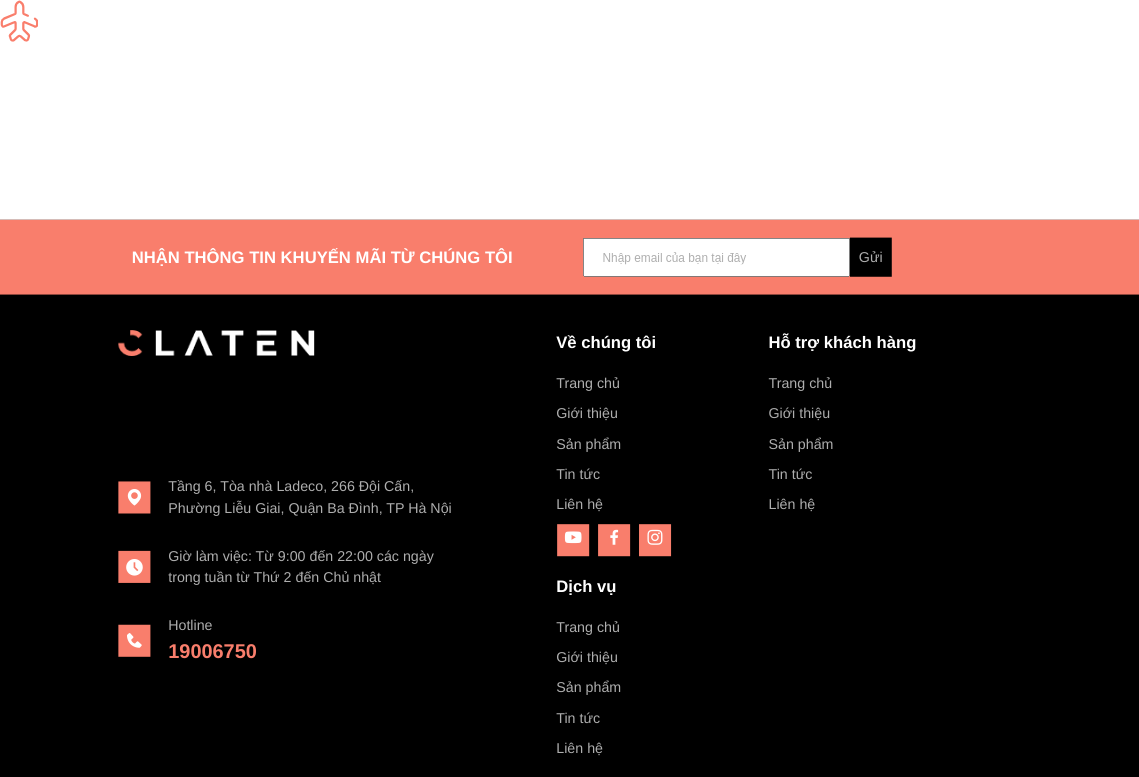
Repository: RennoPMXK/doan
Page: index.html
These files come from the project's save history. The page is drawn as it stood at one moment and after the next save; the edit follows.
The browser window is 1280 px wide. The pictures show the part of the page from y = 573 to 1747 px (the page is 1446 px tall before and 1747 px after), at 89% of full size.

Above is the page before, as saved 2021-11-16 19:46:49.

### index.html
<!DOCTYPE html>
<html lang="en">
<head>
    <meta charset="UTF-8">
    <meta http-equiv="X-UA-Compatible" content="IE=edge">
    <meta name="viewport" content="width=device-width, initial-scale=1.0">
    <title>Document</title>
    <link rel="stylesheet" href="./grid.css">
    <link rel="stylesheet" href="./style.css">
    <link rel="stylesheet" href="./responsible.css">
    <link href='https://unpkg.com/boxicons@2.0.9/css/boxicons.min.css' rel='stylesheet'>
</head>
<body>
    <div class="navbar">
        <div class="navbar-wrapper">
            <a class="logo">
                <img src="./img/logo.png" alt="">
            </a>

            <div class="navbar-menu mobile-menu">
                <i class='bx bx-x mobile-close-icon'></i>
                <li class="navbar-menu-item"><a class = 'active' href="#">Trang chủ</a></li>
                <li class="navbar-menu-item"><a href="#">Giới thiệu</a></li>
                <li class="navbar-menu-item"><a href="#">Sản phẩm <i class='bx bxs-down-arrow navbar-menu-icon'></i></a>
                    <ul class="navbar-sub-menu">
                        <li class="navbar-sub-menu-item"><a href="">Đồng hồ nam</a></li>
                        <li class="navbar-sub-menu-item"><a href="">Đồng hồ nữ</a></li>
                        <li class="navbar-sub-menu-item"><a href="">Đồng hồ mới về</a></li>
                        <li class="navbar-sub-menu-item"><a href="">Phụ kiện nam</a></li>
                        <li class="navbar-sub-menu-item"><a href="">Phụ kiện nữ</a></li>
                    </ul>
                </li>
                <li class="navbar-menu-item"><a href="#">Tin tức</a></li>
                <li class="navbar-menu-item"><a href="#">Liên hệ</a></li>
            </div>

            <div class="navbar-icon">
                 <li class="navbar-icon-item"><a href=""><i class='bx bx-search-alt'></i></a></li>
                 <li class="navbar-icon-item"><a href=""><i class='bx bx-user'></i></a></li>
                 <li class="navbar-icon-item"><a href="#"><i class='bx bx-shopping-bag bx-tada ' ></i></a></li>
                 <li class="navbar-icon-item"><a href="#"><i class='bx bx-menu-alt-right menu-icon'></i></a></li>

            </div>
        </div>
        <div class="modal"></div>
    </div>

    <section class="hero-section">

             <div class="bgimg slide-item fade" style="background-image: url(./img/1a\(32\).jpg)">
                 <div class="caption">
                     <h2 class="top-down delay-2">
                        ĐỒNG HỒ ROLEX

                     </h2>

                     <p class="top-down delay-4">
                       Lorem ipsum dolor sit amet consectetur adipisicing elit. Aut eligendi voluptates enim tempora cupiditate ex minus aperiam impedit maxime nam. Sunt neque amet veniam vitae adipisci impedit aliquam officia hic.
                     </p>

                     <button class="top-down delay-6">
                         MUA NGAY
                     </button>
                 </div>

             </div>


             <div class="bgimg slide-item fade" style="background-image: url(./img/dong-ho-thoi-trang-rolex-banner.jpg)">
                <div class="caption">
                    <h2>
                        ĐỒNG HỒ ROLEX
                    </h2>

                    <p>
                        Lorem ipsum dolor sit amet consectetur adipisicing elit. Aut eligendi voluptates enim tempora cupiditate ex minus aperiam impedit maxime nam. Sunt neque amet veniam vitae adipisci impedit aliquam officia hic.
                    </p>

                    <button>
                        MUA NGAY
                    </button>
                </div>

             </div>


             <div class="bgimg slide-item fade" style="background-image: url(./img/Banchay_Longines_banner-1024x427.jpg)">
                <div class="caption">
                    <h2>
                        ĐỒNG HỒ ROLEX
                    </h2>

                    <p>
                        Lorem ipsum dolor sit amet consectetur adipisicing elit. Aut eligendi voluptates enim tempora cupiditate ex minus aperiam impedit maxime nam. Sunt neque amet veniam vitae adipisci impedit aliquam officia hic.
                    </p>

                    <button>
                        MUA NGAY
                    </button>
                </div>

             </div>


             <div class="slide-control">
                <div class="slide-control-wrapper">
                    <span class="dot" onclick="chooseSlide(0)"></span>
                    <span class="dot"  onclick="chooseSlide(1)"></span>
                    <span class="dot" onclick="chooseSlide(2)" ></span>

                </div>
             </div>

    </section>

    <section class="hero-section-mini">
         <div class="hero-section-mini-item">
             <img src="./img/icon_service_1.svg" alt="">
         </div>
    </section>

    <div class="footer">
        <div class="footer-contact">
            <div class="container">
                <div class= "footer-contact-content row">
                    <h3 class="col-6 col-md-6 col-sm-12">NHẬN THÔNG TIN KHUYẾN MÃI TỪ CHÚNG TÔI</h3>
                    <div class="form col-6 col-md-6 col-sm-12">
                        <input type="text" placeholder="Nhập email của bạn tại đây"><a href="">Gửi</a></input>

                    </div>

                </div>

            </div>

         </div>
        <div class="container">

            <div class="wrapper row ">
                <div class="footer-logo row col-5 col-md-6 col-sm-12">
                    <a class="footer-img">
                        <img src="./img/logo.png" alt="">
                    </a>

                    <ul class="footer-des">
                           <li class="footes-des-item">
                               <div class="footer-des-icon">
                                    <i class='bx bxs-map'></i>
                               </div>
                               <p>Tầng 6, Tòa nhà Ladeco, 266 Đội Cấn,<br> Phường Liễu Giai, Quận Ba Đình, TP Hà Nội</p>
                           </li>
                           <li class="footes-des-item">
                                <div class="footer-des-icon">
                                    <i class='bx bxs-time-five' ></i>
                                </div>
                               <p>Giờ làm việc: Từ 9:00 đến 22:00 các ngày <br>trong tuần từ Thứ 2 đến Chủ nhật</p>
                           </li>
                           <li class="footes-des-item">
                            <div class="footer-des-icon">
                                <i class='bx bxs-phone' ></i>
                             </div>
                               <p>Hotline<br>
                                   <span>19006750</span>
                               </p>
                           </li>
                    </ul>
                </div>

                <div class="footer-menu row col-7 col-md-6 col-sm-12">
                     <div class="footer-menu-item col-4 col-md-6 col-sm-12">
                         <h3>Về chúng tôi</h3>
                         <ul>
                            <li><a href="">Trang chủ</a></li>
                            <li><a href="">Giới thiệu</a></li>
                            <li><a href="">Sản phẩm</a></li>
                            <li><a href="">Tin tức</a></li>
                            <li><a href="">Liên hệ</a></li>
                         </ul>

                         <div class="footer-social">
                            <li><a href=""><i class='bx bxl-youtube' ></i></a></li>
                            <li><a href=""><i class='bx bxl-facebook' ></i></a></li>
                            <li><a href=""><i class='bx bxl-instagram' ></i></a></li>
                       </div>
                     </div>

                     <div class="footer-menu-item col-4 col-md-6 col-sm-12">
                        <h3>Hỗ trợ khách hàng</h3>
                        <ul>
                           <li><a href="">Trang chủ</a></li>
                           <li><a href="">Giới thiệu</a></li>
                           <li><a href="">Sản phẩm</a></li>
                           <li><a href="">Tin tức</a></li>
                           <li><a href="">Liên hệ</a></li>
                        </ul>
                    </div>

                    <div class="footer-menu-item col-4 col-md-6 col-sm-12">
                        <h3>Dịch vụ</h3>
                        <ul>
                           <li><a href="">Trang chủ</a></li>
                           <li><a href="">Giới thiệu</a></li>
                           <li><a href="">Sản phẩm</a></li>
                           <li><a href="">Tin tức</a></li>
                           <li><a href="">Liên hệ</a></li>
                        </ul>
                    </div>



                </div>


            </div>
        </div>
    </div>


    <script src="./app.js"></script>
</body>
</html>

### grid.css
.row {
    display: flex;
    flex-wrap: wrap;
    margin: 0 -15px;
}

[class*="col-"] {
    padding: 0 15px;
}

.col-1 {
    width: 8.33%;
}

.col-2 {
    width: 16.66%;
}

.col-3 {
    width: 25%;
}

.col-4 {
    width: 33.33%;
}

.col-5 {
    width: 41.66%;
}

.col-6 {
    width: 50%;
}

.col-7 {
    width: 58.33%;
}

.col-8 {
    width: 66.66%;
}

.col-9 {
    width: 75%;
}

.col-10 {
    width: 83.33%;
}

.col-11 {
    width: 91.66%;
}

.col-12 {
    width: 100%;
}

/* MEDIUM SCREEN */

@media only screen and (max-width: 1280px) {
    .col-md-1 {
        width: 8.33%;
    }

    .col-md-2 {
        width: 16.66%;
    }

    .col-md-3 {
        width: 25%;
    }

    .col-md-4 {
        width: 33.33%;
    }

    .col-md-5 {
        width: 41.66%;
    }

    .col-md-6 {
        width: 50%;
    }

    .col-md-7 {
        width: 58.33%;
    }

    .col-md-8 {
        width: 66.66%;
    }

    .col-md-9 {
        width: 75%;
    }

    .col-md-10 {
        width: 83.33%;
    }

    .col-md-11 {
        width: 91.66%;
    }

    .col-md-12 {
        width: 100%;
    }
}

/* SMALL SCREEN */

@media only screen and (max-width: 850px) {
    .col-sm-1 {
        width: 8.33%;
    }

    .col-sm-2 {
        width: 16.66%;
    }

    .col-sm-3 {
        width: 25%;
    }

    .col-sm-4 {
        width: 33.33%;
    }

    .col-sm-5 {
        width: 41.66%;
    }

    .col-sm-6 {
        width: 50%;
    }

    .col-sm-7 {
        width: 58.33%;
    }

    .col-sm-8 {
        width: 66.66%;
    }

    .col-sm-9 {
        width: 75%;
    }

    .col-sm-10 {
        width: 83.33%;
    }

    .col-sm-11 {
        width: 91.66%;
    }

    .col-sm-12 {
        width: 100%;
    }
}

### style.css
:root {
    --orangeprime : #F97E6C;
    --blackrgba : rgba(0, 0, 0, 0.945);
    --footer-color : #AEAEAE;
}

html {
box-sizing: border-box;
}
*{
margin: 0;
padding: 0;
}
*,*:before,*:after {
box-sizing: border-box;
}
input,
textarea,
select,
button{
outline: none;
}
input{
line-height: normal;
}
label,
button{
cursor: pointer;
}
a {
text-decoration: none;

}
img {
display: block;

}

ul{
    list-style-type: none;
}

body {
    font-family: Montserrat,"Helvetica Neue",Helvetica;
}

span {
    color: var(--orangeprime);
    cursor: pointer;
    transition : all 0.3s linear;
    font-size: 1.4rem;
    font-weight: bold;
}

span:hover {
    color : white
}

li {
    list-style-type: none;
}

.container {
    margin : 0 auto;
    padding: 0 10%;
}
/* navbar */

.navbar {
    background-color: black;
    position: relative;

}

.navbar-wrapper {
   padding : 20px 0px;
   display: flex;
   align-items: center;
   justify-content: space-evenly;
}

.navbar-menu {
    display: flex;
    list-style-type: none;
}

.navbar-menu-icon {
    font-size: 0.5rem;
    transform: translateY(-2.5px);
    transition : 0.2s linear;
}

.navbar-menu-icon{
    transition: 0.2s ease-in-out;
}

.navbar-menu-icon.active {
    transform: rotate(-180deg);
}

.navbar-menu-item {
    position: relative;
}

.navbar-menu-item a.active {
    color: var(--orangeprime);
}

.navbar-menu-item ~ .navbar-menu-item {
    margin-left: 30px;
}

.navbar-menu-item a {
    color: white;
    font-size: 1rem;
    transition: 0.2s ease-in-out;
    letter-spacing: 1px;
}


.navbar-menu-item a:hover {
    color : var(--orangeprime);
}

.navbar-menu-item:nth-child(3) {
    position: relative;
}



.navbar-sub-menu{
    width: 150px;
    position: absolute;
    list-style-type: none;
    padding : 20px;
    background-color: var(--blackrgba);
    top: 30px;
    z-index: 100;
    display : none;
    transition: all 0.2s ease-in-out;
}


.navbar-menu-item:active .navbar-sub-menu {
    display : block;
    top: 30px;
}




.navbar-sub-menu-item {
   margin : 10px 0;
}

.navbar-sub-menu.active {
    display : block;
}

.navbar-sub-menu-item a {
    font-size: 0.8rem;
    letter-spacing: 1.2px;
}

.navbar-icon {
    display: flex;
    list-style-type: none;
}

.navbar-icon-item ~ .navbar-icon-item {
    margin-left: 25px;
}

.navbar-icon-item a {
    color : white;
    font-size: 1.5rem;
    transition: 0.2s ease-in-out;
}

.navbar-icon-item a:hover {
    color : var(--orangeprime);
}

.navbar-icon-item:last-child {
    display: none;
}

.mobile-close-icon {
    display: none;
}

/* section-hero */

.hero-section {
    position: relative;
    height: 70vh;
}


.bgimg {
    height: 100%;
    position: relative;
    background-position: center;
    background-repeat: no-repeat;
    background-size: cover;
    display: flex;
}

.bgimg::after {
    content : '\A';
    position : absolute;
    width: 100%;
    height : 100%;
    top: 0;
    left : 0;
    background-color: rgba(0, 0, 0, 0.8);
}

.caption {
    position: absolute;
    top: 48%;
    left: 25%;
    transform: translate(-50% , -50%) ;
    text-align: left;
    z-index: 10;
    width: 34.7%;
}

.caption h2 {
    line-height: 1.5;
    color: white;
    margin-bottom: 20px;
    text-transform: uppercase;
    font-size: 2.1rem;
    letter-spacing: 1.2px;
}

.caption p {
    text-align: left;
    color : white;
    font-size: 1.2rem;
    letter-spacing: 1.2px;
    line-height: 1.5;
}

.caption button {
    background-color: white;
    border: 1px solid  transparent;
    color : red;
    padding : 10px 40px;
    font-size: 16px;
    font-weight: bold;
    text-transform: uppercase;
    margin-top: 30px;
    transition : background-color 0.5s ease , color 0.5s ease , width 0.6s;
}

.caption button:hover {
    color : white;
    cursor: pointer;
    background-color:  red;
}

.caption button:focus {
    outline : none;
}

.dot {
    cursor: pointer;
    height: 10px;
    width: 10px;
    margin: 0 2px;
    background-color: white;
    border-radius: 5px;
    display: inline-block;
}

.dot:hover {
    background-color: red;
}

.dot.active {
    background-color: red;
    width: 30px;
}

.slide-control {
    position: absolute;
    left: 50%;
    transform : translateX(-50%);
    bottom: 20px;
    width: 10px;
    text-align: center;
}

.slide-control-wrapper{
    display: inline-flex;
}

.slide-item {
    display: none;
}


.top-down {
    transform: translateY(-50px);
    visibility: hidden;
    opacity: 0;
    transition: 0.5s ease-in-out ;
}

.delay-2 {
    transition-delay: 0.2s;
}

.delay-4 {
    transition-delay: 0.4s;
}


.delay-6 {
    transition-delay: 0.6s;
}


.delay-8 {
    transition-delay: 0.8s;
}

.slide-item.active .top-down{
    transform: translateY(0);
    visibility: visible;
    opacity: 1;
}

/* footer */
.footer {
    color: var(--footer-color);
    margin-top: 200px;
    background-color: black;
    line-height: 1.5;
}

.footer-contact {
    background-color: var(--orangeprime);


}

.footer-contact h3 {
  color :white;
}

.footer-contact-content {
    padding : 20px;
    display: flex;
    justify-content: space-around;
    align-items: center;
    flex-wrap: wrap;
}

.form input {
    padding: 10px 20px;
    width: 300px;
}

.form a {
    padding: 10px;
    background-color: black;
    color : white;
}

.form {
    display: flex;
    flex-wrap: nowrap;
}

::placeholder {
    color: var(--footer-color);
}

.footer a {
    color: var(--footer-color);
    transition : 0.3s linear;
}

.footer a:hover {
    color: var(--orangeprime);
}

.footer-menu h3 {
    margin-top: 20px;
    color : white;
    margin-bottom: 20px;
}

.wrapper {
    padding: 20px;
    position: relative;
}


.footes-des-item {
    margin-top: 30px;
    display : flex;
    align-items: center;
}

.footer-des-icon {
    display : flex;
    align-items: center;
    justify-content:center;
    width: 36px;
    height : 36px;
    background-color: var(--orangeprime);
    margin-right: 20px;
}

.footer-des-icon i {
    font-size: 1.4rem;
    color : white;

}


.footer-menu-item li {
    margin-top: 10px;
}

.footer-social {
    display : flex;
    transform: translateX(-9px);
}

.footer-img{
    margin-top: 20px;
}

.footer-social li  {
    display : flex;
    align-items: center;
    justify-content:center;
    text-align: center;
    margin-left: 10px;
    width: 36px;
    height : 36px;
    background-color: var(--orangeprime);
}

.footer-social li a {
   color : white;
   font-size: 1.4rem;
}

.footer-social li:hover a {
    color : white;
 }

 /* fade animation */

 .fade {
     animation-name: fade;
     animation-duration: 1s;
     -webkit-animation-name: fade;
     -webkit-animation-duration: 1s;
 }

 @keyframes fade {
     from { opacity: 0.4
    } to {
        opacity: 1
    }
 }

 @-webkit-keyframes fade {
    from { opacity: 0.4
   } to {
       opacity: 1
   }
}

### responsible.css


/* Tablet */

@media only screen and (max-width: 1024px){
   .navbar-menu {
       display: none;

   }

   .navbar-wrapper {
        justify-content: space-around;
   }


   .navbar-icon-item:last-child {
        display: block;
   }


   .navbar-menu {
    padding : 20px;
    width: 40vw;
    background-color: black;
    display: block;
    position: fixed;
    top: 60px;
    left: 0;
    height: 100vh;
    min-width: 300px;
}

    .navbar-menu-item {
        margin-left: 30px;
        padding: 20px;
    }

    .navbar-sub-menu{
        position: initial;
    }


    .mobile-menu {
        transform : translateX(-100%);
        transition: 0.4s ease-in-out;
        z-index: 100;
    }

    .mobile-menu.active {
        transform : translateX(0);
    }

    .modal {
        display: none;
        position: fixed;
        top: 0;
        bottom: 0;
        right: 0;
        left: 0;
        background-color: rgba(14, 13, 13, 0.6);
    }

    .modal.active {
        display : block
    }

    .mobile-close-icon {
        cursor: pointer;
        font-size: 1.5rem;
        display: block;
        color: white;
        position: absolute;
        top: 5px;
        right:10px;
    }


}


/* Mobile */

@media only screen and (max-width: 740px) {
  .logo img{
      height: 15px;
      transform: translateY(-9px);
  }

  .navbar-icon-item a {
    color : white;
    font-size: 1.2rem;
    transition: 0.2s ease-in-out;
  }

  .navbar-icon-item a:hover {
    color : white;
  }

  .caption {
      width: 40%;
      text-align: left;
  }

  .caption h2 {
      font-size: 1.8rem;
  }

  .caption p {
      font-size: 0.9rem;
  }

  .caption button {
      font-size: 0.8rem;
      width: 100%;

  }

}

### app.js
// Menu effect

var navbarItem= document.querySelectorAll('.navbar-menu-item a')
var subMenu= document.querySelector('.navbar-sub-menu')
var iconmenu = document.querySelector('.navbar-menu-item i')
var menuMobie = document.querySelector('.menu-icon')
var overlayMenu = document.querySelector('.mobile-menu')
var modal = document.querySelector('.modal')
var closeMobile = document.querySelector('.mobile-close-icon')
console.log(navbarItem[2])
navbarItem[2].addEventListener('click', function(){
  subMenu.classList.toggle('active');
  iconmenu.classList.toggle('active');
})

menuMobie.addEventListener("click" , function(){
   overlayMenu.classList.add('active');
   modal.classList.add('active');
})

closeMobile.addEventListener('click', function(){
    overlayMenu.classList.remove('active');
    modal.classList.remove('active');
})

navbarItem.forEach(function(item , index){
  item.onclick = function(){
    document.querySelector('.navbar-menu-item a.active').classList.remove('active');
    this.classList.add('active')
  }
})

const $ = document.querySelector.bind(document)
const $$ = document.querySelectorAll.bind(document)

var tabs = $$('.tab-item');


var panes = $$('.tab-pane');


// tab-active
tabs.forEach(function(tab, index){
    tab.onclick = function(){
        document.querySelector('.tab-item.active').classList.remove('active')
        this.classList.add('active')
        document.querySelector('.tab-pane.active').classList.remove('active')
        panes[index].classList.add('active')
    }
})

// hero-slide
var slideIndex = 0;
showSlide();

var timer = setInterval(showSlide, 3000);
var slideContainer = document.querySelector('.hero-section')
var slideControl = document.querySelector('.slide-control')

slideContainer.onmouseover = function(){
  clearInterval(timer);
}

slideControl.onmouseover = function(){
  clearInterval(timer);
}

slideContainer.onmouseleave = function(){
  timer = setInterval(showSlide,3000);
}

slideControl.onmouseleave = function(){
  timer = setInterval(showSlide, 3000);
}

function showSlide(){

   var slides = document.querySelectorAll('.slide-item');
   var dots = document.querySelectorAll(".dot");

   slides.forEach(function(slide , index){
      slides[index].style.display = 'none'
      slides[index].classList.remove('active')
   })

   dots.forEach(function(dot,index){
     dots[index].classList.remove("active");
   })

   slideIndex++;
   if(slideIndex > slides.length) slideIndex = 1;
   slides[slideIndex-1].style.display = "block";
   slides[slideIndex-1].classList.add('active')
   dots[slideIndex-1].classList.add("active");
}

function chooseSlide(n){
  slideIndex = n;
  showSlide();
  clearInterval(timer);
}

After the next save:
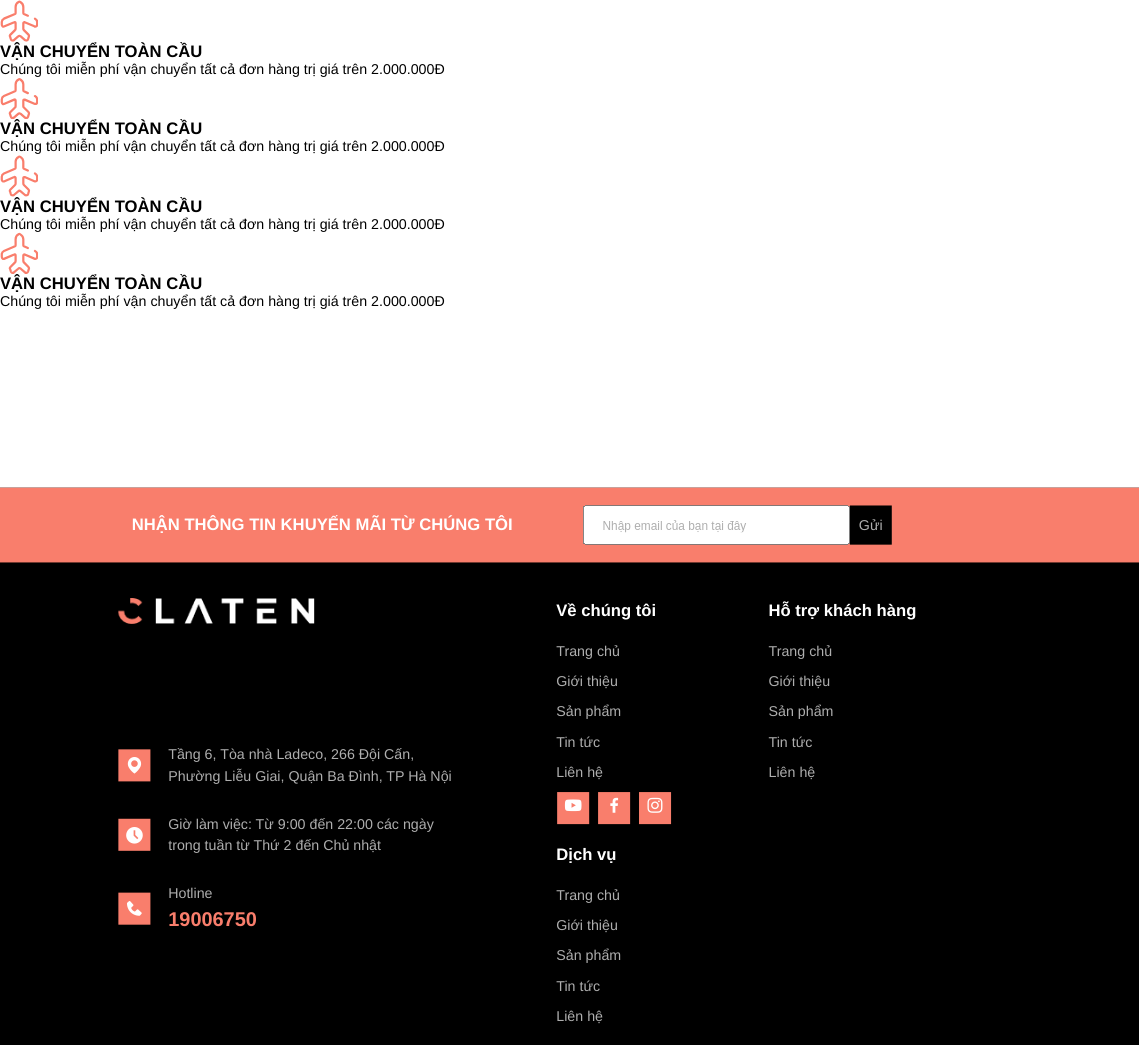
Saved 2 min 21 s later.
--- a/index.html
+++ b/index.html
@@ -116,7 +116,27 @@
     <section class="hero-section-mini">
          <div class="hero-section-mini-item">
              <img src="./img/icon_service_1.svg" alt="">
+              <h3>VẬN CHUYỂN TOÀN CẦU</h3>
+              <p>Chúng tôi miễn phí vận chuyển tất cả đơn hàng trị giá trên 2.000.000Đ</p>
          </div>
+
+         <div class="hero-section-mini-item">
+            <img src="./img/icon_service_1.svg" alt="">
+             <h3>VẬN CHUYỂN TOÀN CẦU</h3>
+             <p>Chúng tôi miễn phí vận chuyển tất cả đơn hàng trị giá trên 2.000.000Đ</p>
+        </div>
+
+        <div class="hero-section-mini-item">
+            <img src="./img/icon_service_1.svg" alt="">
+             <h3>VẬN CHUYỂN TOÀN CẦU</h3>
+             <p>Chúng tôi miễn phí vận chuyển tất cả đơn hàng trị giá trên 2.000.000Đ</p>
+        </div>
+
+        <div class="hero-section-mini-item">
+            <img src="./img/icon_service_1.svg" alt="">
+             <h3>VẬN CHUYỂN TOÀN CẦU</h3>
+             <p>Chúng tôi miễn phí vận chuyển tất cả đơn hàng trị giá trên 2.000.000Đ</p>
+        </div>
     </section>
 
     <div class="footer">
